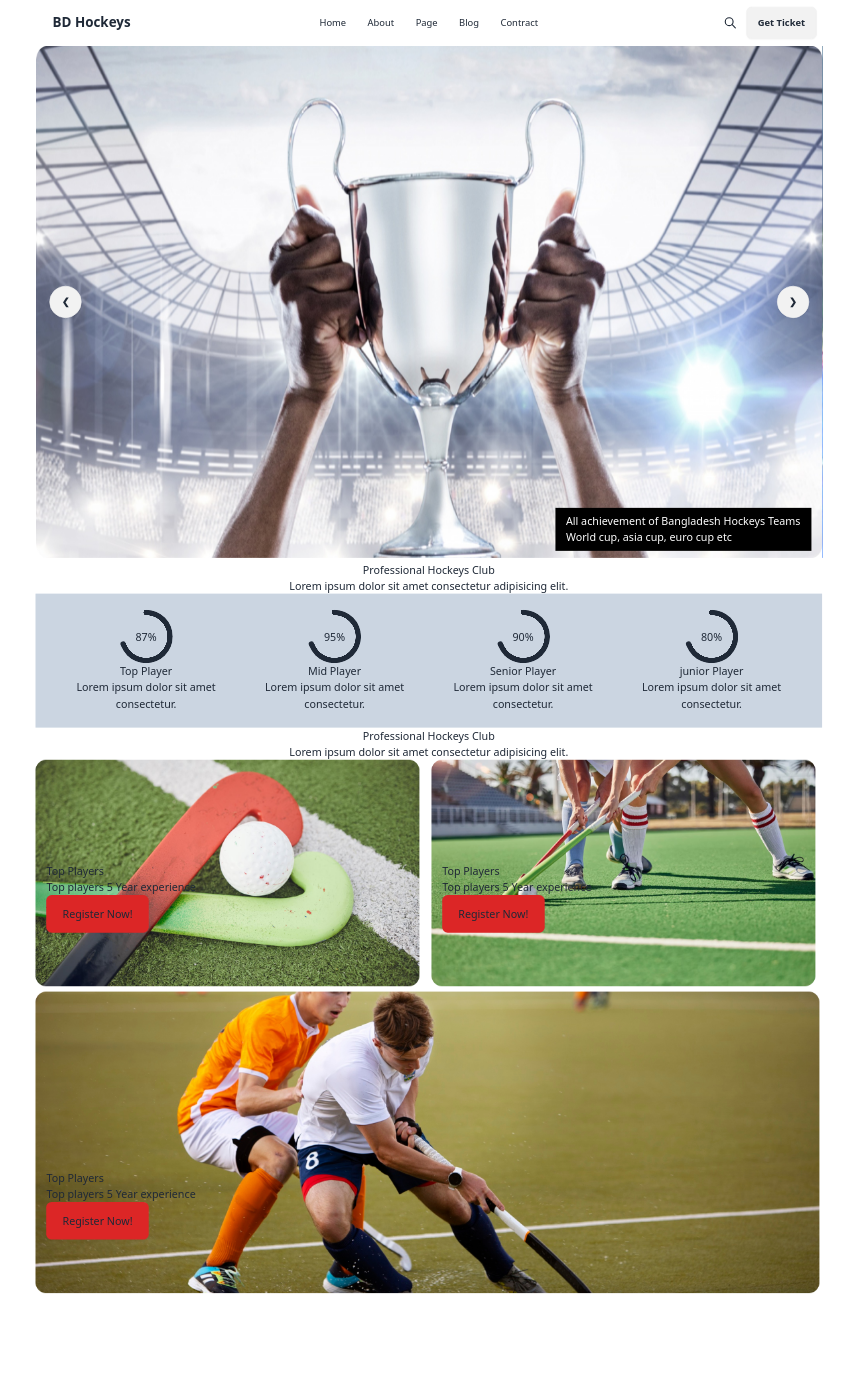
Repository: sumonkumarsarkar/bd-hockeys-team
Page: index.html
The author's editor kept a copy of each file at every save. The page is drawn from the files as they stood at one save, then again after the next save.
The browser window is 1280 px wide. The pictures show the whole page, at 67% of full size.
Some web libraries are served in a nearby version.

Above is the page before, as saved 2024-01-23 23:07:41.

### index.html
<!DOCTYPE html>
<html lang="en">
<head>
    <meta charset="UTF-8">
    <meta name="viewport" content="width=device-width, initial-scale=1.0">
    <title>BD Hockeys Team</title>
    <link rel="stylesheet" href="https://cdnjs.cloudflare.com/ajax/libs/font-awesome/6.5.1/css/all.min.css" integrity="sha512-DTOQO9RWCH3ppGqcWaEA1BIZOC6xxalwEsw9c2QQeAIftl+Vegovlnee1c9QX4TctnWMn13TZye+giMm8e2LwA==" crossorigin="anonymous" referrerpolicy="no-referrer" />
    <link href="https://cdn.jsdelivr.net/npm/daisyui@4.6.0/dist/full.min.css" rel="stylesheet" type="text/css" />
    <script src="https://cdn.tailwindcss.com"></script>

</head>
<body>
    <!-- header part start  -->
    <header class="w-11/12 mx-auto">
        <nav>
            <div class="navbar bg-base-100">
                <div class="navbar-start">
                  <div class="dropdown">
                    <div tabindex="0" role="button" class="btn btn-ghost lg:hidden">
                      <svg xmlns="http://www.w3.org/2000/svg" class="h-5 w-5" fill="none" viewBox="0 0 24 24" stroke="currentColor"><path stroke-linecap="round" stroke-linejoin="round" stroke-width="2" d="M4 6h16M4 12h8m-8 6h16" /></svg>
                    </div>
                    <ul tabindex="0" class="menu menu-sm dropdown-content mt-3 z-[1] p-2 shadow bg-base-100 rounded-box w-52">
                      <li><a>Home</a></li>
                      <li><a>About</a></li>
                      <li><a>Page</a></li>
                      <li><a>Blog</a></li>
                      <li><a>Contract</a></li>
                    </ul>
                  </div>
                  <a class="btn btn-ghost text-xl">BD Hockeys</a>
                </div>
                <div class="navbar-center hidden lg:flex">
                  <ul class="menu menu-horizontal px-1">
                    <li><a>Home</a></li>
                      <li><a>About</a></li>
                      <li><a>Page</a></li>
                      <li><a>Blog</a></li>
                      <li><a>Contract</a></li>
                  </ul>
                </div>
                <div class="navbar-end">
                    <div type="search" class="btn btn-ghost btn-circle">
                        <svg xmlns="http://www.w3.org/2000/svg" class="h-5 w-5" fill="none" viewBox="0 0 24 24" stroke="currentColor"><path stroke-linecap="round" stroke-linejoin="round" stroke-width="2" d="M21 21l-6-6m2-5a7 7 0 11-14 0 7 7 0 0114 0z" /></svg>
                      </div>
                  <a class="btn">Get Ticket</a>
                </div>
              </div>
        </nav>



      <!-- banner part start  -->

   <div class=" lg:relative">
    <div>
        <div class="carousel w-full">
            <div id="slide1" class="carousel-item relative w-full">
              <img src="./Images/1.png" class="w-full" alt="bd-hockey" />
              <div class="absolute flex justify-between transform -translate-y-1/2 left-5 right-5 top-1/2">
                <a href="#slide4" class="btn btn-circle">❮</a>
                <a href="#slide2" class="btn btn-circle">❯</a>
              </div>
            </div>
            <div id="slide2" class="carousel-item relative w-full">
              <img src="./Images/banner1.jpeg" class="w-full" alt="bd-hockey" />
              <div class="absolute flex justify-between transform -translate-y-1/2 left-5 right-5 top-1/2">
                <a href="#slide1" class="btn btn-circle">❮</a>
                <a href="#slide3" class="btn btn-circle">❯</a>
              </div>
            </div>
            <div id="slide3" class="carousel-item relative w-full">
              <img src="./Images/banner3.jpg" class="w-full" alt="bd-hockey" />
              <div class="absolute flex justify-between transform -translate-y-1/2 left-5 right-5 top-1/2">
                <a href="#slide2" class="btn btn-circle">❮</a>
                <a href="#slide4" class="btn btn-circle">❯</a>
              </div>
            </div>
            <div id="slide4" class="carousel-item relative w-full">
              <img src="./Images/banner2.jpg" class="w-full" alt="bd-hockey"/>
              <div class="absolute flex justify-between transform -translate-y-1/2 left-5 right-5 top-1/2">
                <a href="#slide3" class="btn btn-circle">❮</a>
                <a href="#slide1" class="btn btn-circle">❯</a>
              </div>
            </div>
          </div>
    </div>
    <div class="lg:absolute bottom-4 right-4">
        <div class="px-4 py-2 bg-black text-white">
            <h2>All achievement of Bangladesh Hockeys Teams</h2>
             <p>World cup, asia cup, euro cup etc</p>
        </div>
    </div>

   </div>

      <!-- banner part end  -->
    </header>
    <!-- header part end  -->




    <!-- main part start  -->
    <main class="w-11/12 mx-auto">
  <section>

       <div class="text-center">
        <h2>Professional Hockeys Club</h2>
        <p>Lorem ipsum dolor sit amet consectetur adipisicing elit.</p>
       </div>

       <!-- card  -->

       <div class="flex flex-col lg:flex-row lg:justify-between bg-slate-300 lg:p-6 ">
        <div class="text-center">
         <div class="radial-progress" style="--value:70;" role="progressbar">87%</div>
         <h3>Top Player</h3>
         <p>Lorem ipsum dolor sit amet consectetur.</p>
        </div>
        <div class="text-center">
            <div class="radial-progress" style="--value:70;" role="progressbar">95%</div>
            <h3>Mid Player</h3>
            <p>Lorem ipsum dolor sit amet consectetur.</p>
        </div>
        <div class="text-center">
            <div class="radial-progress" style="--value:70;" role="progressbar">90%</div>
            <h3>Senior Player</h3>
            <p>Lorem ipsum dolor sit amet consectetur.</p>
        </div>
        <div class="text-center">
            <div class="radial-progress" style="--value:70;" role="progressbar">80%</div>
            <h3>junior Player</h3>
            <p>Lorem ipsum dolor sit amet consectetur.</p>
        </div>
       </div>
  </section>
   <!-- banner section start  -->
   <!-- text part  -->
   <div class="text-center">
    <h2>Professional Hockeys Club</h2>
    <p>Lorem ipsum dolor sit amet consectetur adipisicing elit.</p>
   </div>

 <!-- banner part  -->

<div class="grid grid-cols-1 lg:grid-cols-2 gap-2">
       <!-- banner -1  -->
    <div class=" relative grid grid-cols-1">
        <div>
            <div><img src="./Images/2.png" alt=""></div>
         </div>
         <div class=" absolute bottom-20 left-4">
            <h2>Top Players</h2>
            <p>Top players 5 Year experience </p>
            <button  class="py-4 px-6 rounded-lg bg-red-600" type="button">Register Now!</button>
         </div>
    </div>

     <!-- banner -2  -->

    <div class="relative grid grid-cols-1">
        <div>
            <div><img src="./Images/3.png" alt=""></div>
         </div>
         <div class=" absolute bottom-20 left-4">
            <h2>Top Players</h2>
            <p>Top players 5 Year experience </p>
            <button  class="py-4 px-6 rounded-lg bg-red-600" type="button">Register Now!</button>
         </div>
    </div>

 <!-- banner -3  -->

    <div class="relative col-span-2">
        <div>
            <div><img src="./Images/4.png" alt=""></div>
         </div>
         <div class=" absolute bottom-20 left-4">
            <h2>Top Players</h2>
            <p>Top players 5 Year experience </p>
            <button  class="py-4 px-6 rounded-lg bg-red-600" type="button">Register Now!</button>
         </div>
    </div>

</div>







   <section>



   </section>


   <!-- banner section end  -->

    </main>
        <!-- main part end  -->

<!-- footer part start  -->
        <footer class="w-11/12 mx-auto">

            <div class="flex justify-between text-white">

                <div>
                    <div>
                        <h2>Get in touch</h2>
                        <p>Lorem ipsum dolor sit amet consectetur.</p>
                    </div>
                     <div>
                        <h2> <span><i class="fa-solid fa-envelope"></i></span>sumonis4u@gmail.com</h2>
                        <h2> <span><i class="fa-solid fa-phone"></i></i></span>01726930243</h2>
                     </div>
                  </div>

                 <!-- part-2  -->

                 <div>

                    <div class="flex">
                        <div>
                            <h2>Company</h2>
                            <p>Lorem, ipsum dolor.</p>
                            <p>Lorem, ipsum dolor.</p>
                            <p>Lorem, ipsum dolor.</p>
                            <p>Lorem, ipsum dolor.</p>
                            <p>Lorem, ipsum dolor.</p>
                        </div>
                        <div>
                            <h2>suport</h2>
                            <p>Lorem, ipsum dolor.</p>
                            <p>Lorem, ipsum dolor.</p>
                            <p>Lorem, ipsum dolor.</p>
                            <p>Lorem, ipsum dolor.</p>
                            <p>Lorem, ipsum dolor.</p>
                        </div>
                     </div>
                 </div>



                 <!-- part-3  -->

        <div>
            <div>
                <h2>service</h2>
                <p>Lorem, ipsum dolor.</p>
                <p>Lorem, ipsum dolor.</p>
                <p>Lorem, ipsum dolor.</p>
                <p>Lorem, ipsum dolor.</p>
                <p>Lorem, ipsum dolor.</p>
            </div>
        </div>



            </div>



        </footer>
        <!-- footer part start  -->
</body>
</html>

After the next save:
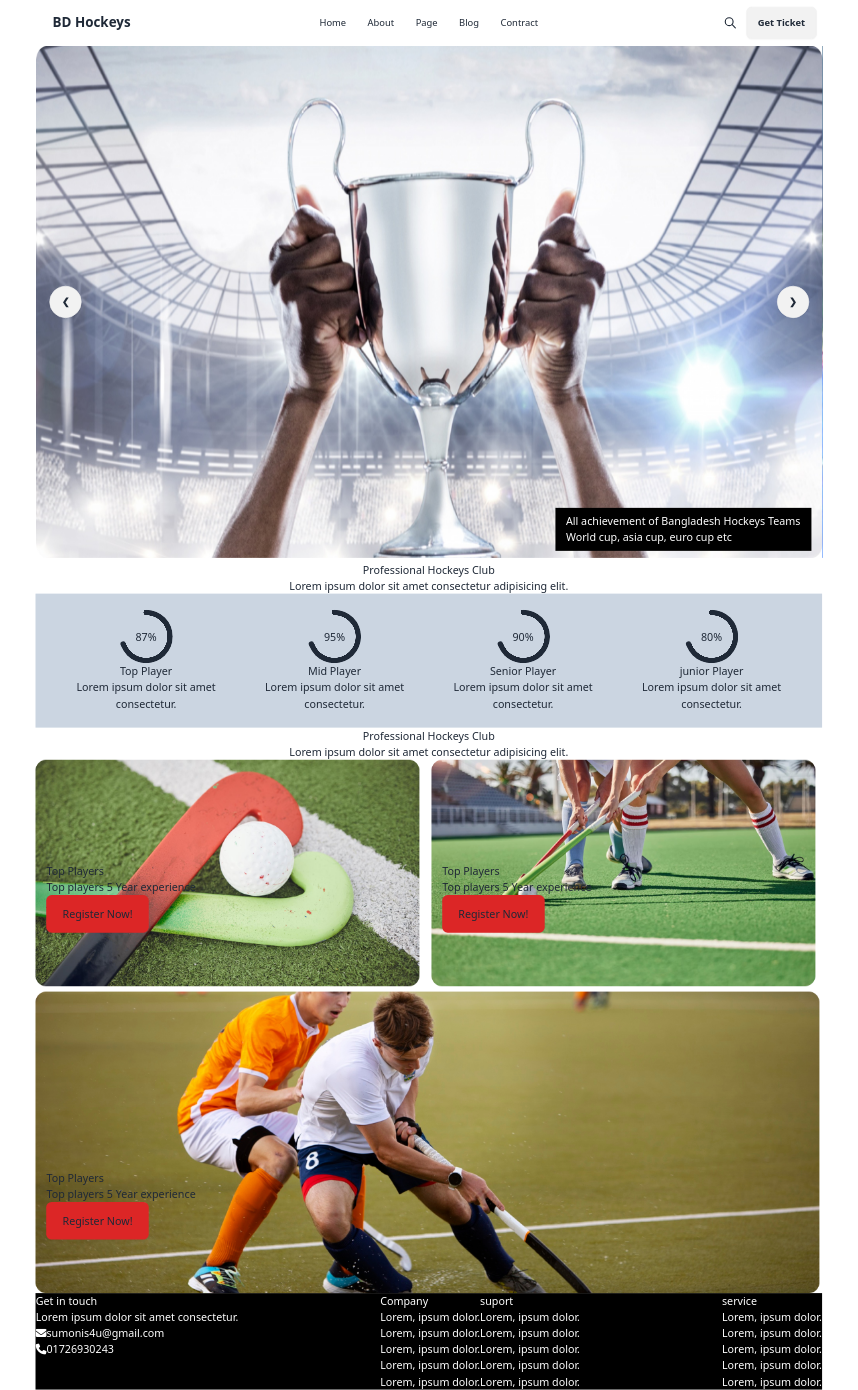
Saved 11 s later.
--- a/index.html
+++ b/index.html
@@ -203,7 +203,7 @@
         <!-- main part end  -->
 
 <!-- footer part start  -->
-        <footer class="w-11/12 mx-auto">
+        <footer class="w-11/12 mx-auto bg-black">
 
             <div class="flex justify-between text-white">
 
